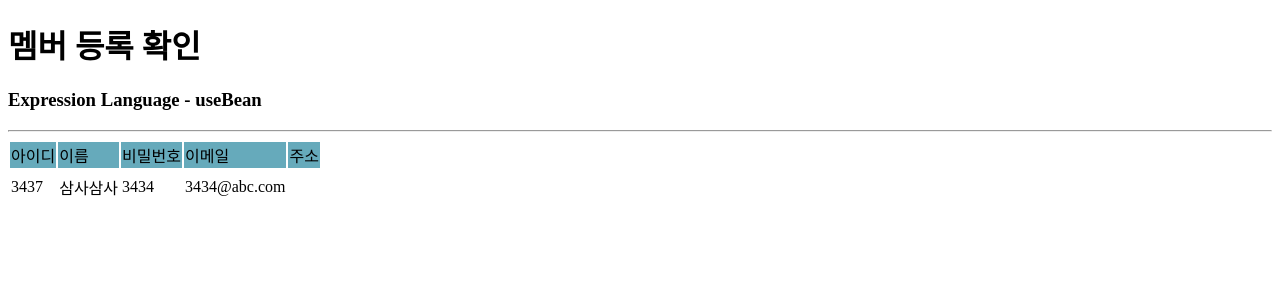
Repository: jsb5589/JAVAStudy
Page: http://localhost/JSP04/members/member5.jsp
The author's editor kept a copy of each file at every save. The page is drawn from the files as they stood at one save, then again after the next save.
The browser window is 1280 px wide. The pictures show the whole page.
The page is served by Tomcat 9. Other server files are loaded and not shown.

Above is the page before, as saved 2021-08-12 08:35:44.

### EZWebs/JSP04/src/main/webapp/members/member5.jsp
<%@ page language="java" contentType="text/html; charset=UTF-8"
	import="members.*"
	import="java.util.*"
    pageEncoding="UTF-8" isELIgnored="false"%>

<%
	request.setCharacterEncoding("UTF-8");
%>

<jsp:useBean id="member" class="members.MemberVO"/>
<jsp:setProperty name="member" property="*"/>
<jsp:useBean id="memberList" class="java.util.ArrayList"/>
<jsp:useBean id="memberMap" class="java.util.HashMap"/>

<%
	MemberVO member2 = new MemberVO("3437", "삼사삼사", "3434", "3434@abc.com");
	memberList.add(member);
	memberList.add(member2);

	memberMap.put("memberList", memberList);
%>
<!DOCTYPE html>
<html>
<head>
	<meta charset="UTF-8">
	<title>멤버 등록 및 조회</title>
</head>
<body>
	<h1>멤버 등록 확인</h1>
	<h3>Expression Language - useBean</h3>
	<hr>
	<table>
		<tr bgcolor="66aabb">
			<td>아이디</td>
			<td>이름</td>
			<td>비밀번호</td>
			<td>이메일</td>
			<td>주소</td>
		</tr>
		<tr>
			<td>${memberMap.memberList[0].mid}</td>
			<td>${memberMap.memberList[0].mname}</td>
			<td>${memberMap.memberList[0].pwd}</td>
			<td>${memberMap.memberList[0].email}</td>
		</tr>
		<tr>
			<td>${memberMap.memberList[1].mid}</td>
			<td>${memberMap.memberList[1].mname}</td>
			<td>${memberMap.memberList[1].pwd}</td>
			<td>${memberMap.memberList[1].email}</td>
		</tr>
		<tr>
			<td>${param.mid}</td>
			<td>${param.mname}</td>
			<td>${param.pwd}</td>
			<td>${param.email}</td>
		</tr>
	</table>
</body>
</html>

### EZWebs/JSP04/src/main/java/members/MemberVO.java
/*
 * MemberVO Value Object
 */
package members;

import java.sql.Date;

public class MemberVO {
	private String mid;
	private String mname;
	private String pwd;
	private String email;
	private Date regdate;

	public MemberVO() {}

	public MemberVO(String mid, String mname, String pwd, String email) {
		this.mid = mid;
		this.mname = mname;
		this.pwd = pwd;
		this.email = email;
	}

	public String getMid() {
		return mid;
	}
	public void setMid(String mid) {
		this.mid = mid;
	}
	public String getMname() {
		return mname;
	}
	public void setMname(String mname) {
		this.mname = mname;
	}
	public String getPwd() {
		return pwd;
	}
	public void setPwd(String pwd) {
		this.pwd = pwd;
	}
	public String getEmail() {
		return email;
	}
	public void setEmail(String email) {
		this.email = email;
	}
	public Date getRegdate() {
		return regdate;
	}
	public void setRegdate(Date regdate) {
		this.regdate = regdate;
	}

}

After the next save:
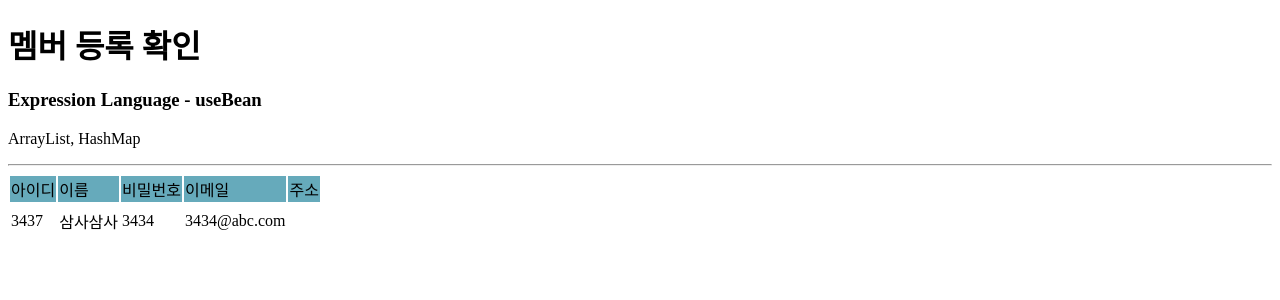
Saved 42 s later.
--- a/EZWebs/JSP04/src/main/webapp/members/member5.jsp
+++ b/EZWebs/JSP04/src/main/webapp/members/member5.jsp
@@ -28,6 +28,7 @@
 <body>
 	<h1>멤버 등록 확인</h1>
 	<h3>Expression Language - useBean</h3>
+	<p>ArrayList, HashMap</p>
 	<hr>
 	<table>
 		<tr bgcolor="66aabb">
